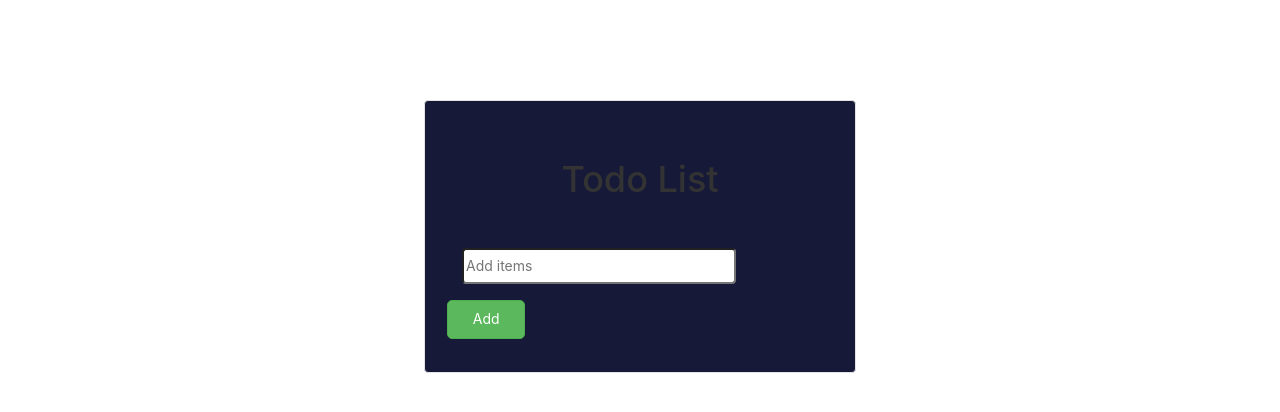
Repository: arpana23/Todo-list
Page: /
The author's editor kept a copy of each file at every save. The page is drawn from the files as they stood at one save, then again after the next save.
The browser window is 1280 px wide. The pictures show the whole page.
Some web libraries are served in a nearby version. The project was rebuilt for these pictures with package versions that can differ from the ones it lists, and the page was loaded fresh each time. Also part of the build but not shown: src/Todolist.js.

Above is the page before, as saved 2021-04-15 17:26:40.

### public/index.html
<!DOCTYPE html>
<html lang="en">
  <head>
    <meta charset="utf-8" />
    <link rel="icon" href="%PUBLIC_URL%/favicon.ico" />
    <meta name="viewport" content="width=device-width, initial-scale=1" />
    <meta name="theme-color" content="#000000" />
    <meta
      name="description"
      content="Web site created using create-react-app"
    />
    <link rel="apple-touch-icon" href="%PUBLIC_URL%/logo192.png" />
    <!--
      manifest.json provides metadata used when your web app is installed on a
      user's mobile device or desktop. See https://developers.google.com/web/fundamentals/web-app-manifest/
    -->
    <script src="https://kit.fontawesome.com/94ade1d1ca.js" crossorigin="anonymous"></script>
    <link rel="manifest" href="%PUBLIC_URL%/manifest.json" />
    <!-- Latest compiled and minified CSS -->
    <link rel="stylesheet" href="https://maxcdn.bootstrapcdn.com/bootstrap/3.4.1/css/bootstrap.min.css">

    <!-- jQuery library -->
    <script src="https://ajax.googleapis.com/ajax/libs/jquery/3.5.1/jquery.min.js"></script>

    <!-- Latest compiled JavaScript -->
    <script src="https://maxcdn.bootstrapcdn.com/bootstrap/3.4.1/js/bootstrap.min.js"></script>
    <!--
      Notice the use of %PUBLIC_URL% in the tags above.
      It will be replaced with the URL of the `public` folder during the build.
      Only files inside the `public` folder can be referenced from the HTML.

      Unlike "/favicon.ico" or "favicon.ico", "%PUBLIC_URL%/favicon.ico" will
      work correctly both with client-side routing and a non-root public URL.
      Learn how to configure a non-root public URL by running `npm run build`.
    -->
    <title>React App</title>
  </head>
  <body>
    <noscript>You need to enable JavaScript to run this app.</noscript>
    <div id="root"></div>
    <!--
      This HTML file is a template.
      If you open it directly in the browser, you will see an empty page.

      You can add webfonts, meta tags, or analytics to this file.
      The build step will place the bundled scripts into the <body> tag.

      To begin the development, run `npm start` or `yarn start`.
      To create a production bundle, use `npm run build` or `yarn build`.
    -->
  </body>
</html>

### src/App.js
import React, { useState } from 'react';
import Todolist from './Todolist';
import './App.css';

const App = () => {


  const [inputItem , setInputItem] = useState("");
  const [itemList , setItemList] = useState([]);

  const handleChange = (e) => {
    setInputItem(e.target.value);
  }

  const addItems = (e) => {
    e.preventDefault();
    setItemList((olditems) => {
      return [...olditems, inputItem];
    });
    setInputItem("");
  }

  const updateItem = (id) => {
    let item =  itemList.map((olditems,index,data) => {
      if(index === id) {
        setInputItem(data.splice(index,1));
        olditems = !olditems;
      }
      return [olditems];
      }
    )
    return item;
  }

  const deleteItem = (id) => {
    setItemList((olditems) => {
      return olditems.filter((arrElement,index) => {
        return index !== id;
        // if(index !== id) {
        //   return [...arrElement];
        // }
      })
    })
  }


 return (
  <>
    <div className="main-container">
      <div className="flex-container">
        <div className="well">
          <br />
            <h1 className="title text-center">Todo List</h1>
          <br />
          <div>
            <input type="text" className="addInput" max="10" min="1" placeholder="Add items" value={inputItem} onChange={handleChange}/>
            <button type="submit" className={`btn text-center ${setInputItem !== '' ? 'btn-success' : 'btn-success text-blur'}`}   onClick={addItems}> Add </button>
            <ul className="list-group">
              {
                itemList.map((data,index) => {
                  return <Todolist
                  key= {index}
                  id= {index}
                  list= {data}
                  onEdit= {updateItem}
                  onSelect= {deleteItem}
                  />
                })
              }
            </ul>
          </div>
        </div>
      </div>
    </div>

  </>
 )
}

export default App;

### src/App.css
.App {
  text-align: center;
}

.main-container {
  display: flex;
  flex-direction: column;
  justify-content: center;
}

.flex-container {
  display: flex;
  flex-direction: column;
  align-items: center;
  margin: 100px;
}

.well {
  background-color: rgb(22, 26, 56);
  width: 40%;
}

.addInput {
  margin: 18px;
  width: 70%;
  height: 5vh;
  border-radius: 4px;

  /* margin-left: 4px; */
}

.btn {
  margin: 3px;
  width: 20%;
  height: 5.5vh;
  border-radius: 5px;
  margin-top: -2px;
}

.list-group {
  margin: 11px;
}

.mylist {
  /* border: 1px solid black; */
  margin-top: 10px;
  margin-bottom: 10px;
  text-align: justify;
  /* border-radius: 7px; */
}

.list-group-item {
  word-wrap: break-word;
}

.my-text {
  margin-right: 3px;
  word-wrap: break-word;
}

.ed-del {
  display: flex;
  flex-direction: row;
  margin-top: -20px;
  justify-content: flex-end;
  align-items: center;
  /* position: relative;
  right: 0px; */
}

.fas {
  font-size: 20px;
  margin: 3px;
  display: flex;
  flex-direction: row;
  /* margin: 7px; */
  align-items: center;
}

Loaded but not shown: src/index.js (common file); src/index.css (common file); src/reportWebVitals.js (common file)

After the next save:
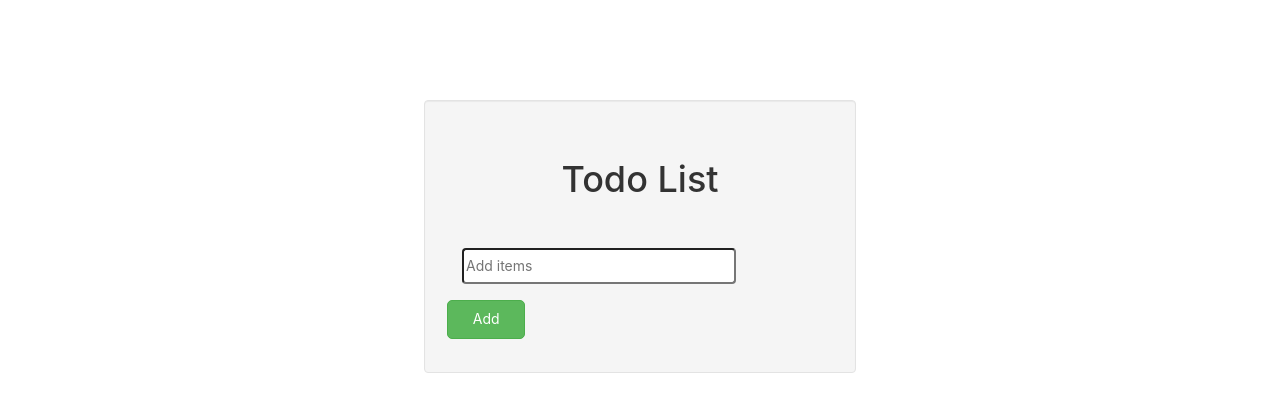
Saved 3 min 4 s later.
--- a/src/App.css
+++ b/src/App.css
@@ -16,7 +16,7 @@
 }
 
 .well {
-  background-color: rgb(22, 26, 56);
+  background-color: linear-gradient(rgb(22, 26, 56),rgb(7, 14, 63));
   width: 40%;
 }
 
